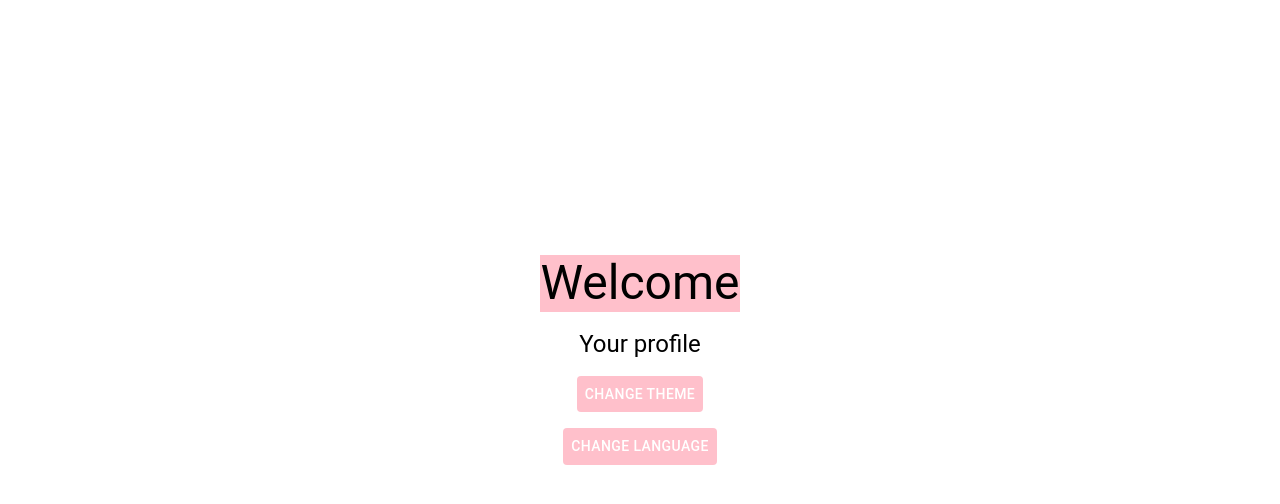
Repository: savannaaaas/contextLanguageTheme
Page: /
An editor plug-in stored every save of this project. The page is shown before and after the next save, followed by the edit.
The browser window is 1280 px wide. The pictures show the whole page.
The project was rebuilt for these pictures with package versions that can differ from the ones it lists, and the page was loaded fresh each time. Also part of the build but not shown: vite.config.js.

Above is the page before, as saved 2025-07-11 17:44:34.

### src/main.jsx
import { StrictMode } from "react";
import { createRoot } from "react-dom/client";
import App from "./App.jsx";
import { MasterProvider } from "./providers/MasterProvider.jsx";

createRoot(document.getElementById("root")).render(
  <StrictMode>
    <MasterProvider>
      <App />
    </MasterProvider>
  </StrictMode>
);

### src/App.jsx
import { useContext } from "react";
import { ThemeContext } from "./providers/ThemeContext";
import { ControlsPanel } from "./components/ControlsPanel";
import { Header } from "./components/Header";
import { UserProfile } from "./components/UserProfile";
import "./App.css";
export const translations = {
  en: {
    welcome: "Welcome",
    profile: "Your profile",
  },
  ru: {
    welcome: "Добро пожаловать",
    profile: "Твой профиль",
  },
};
function App() {
  const { theme } = useContext(ThemeContext);

  const themeStyle = {
    backgroundColor: theme === "light" ? "#fff" : "black",
    height: "100vh",
    display: "flex", // Flex-контейнер
    flexDirection: "column",
    justifyContent: "center",
    alignItems: "center",
    gap: "1em",
  };
  return (
    <div style={themeStyle}>
      <Header />
      <UserProfile />
      <ControlsPanel />
    </div>
  );
}

export default App;

### src/providers/MasterProvider.jsx
import ThemeProvider from "./ThemeContext";
import LanguageProvider from "./LanguageContext";

export const MasterProvider = ({ children }) => {
  return (
    <ThemeProvider>
      <LanguageProvider>{children}</LanguageProvider>
    </ThemeProvider>
  );
};

### src/providers/ThemeContext.jsx
import { createContext, useCallback, useState } from "react";
export const ThemeContext = createContext(null);
const ThemeProvider = ({ children }) => {
  const [theme, setTheme] = useState("light");
  const toggleTheme = useCallback(() => {
    setTheme((theme) => (theme === "light" ? "dark" : "light"));
  }, [setTheme]);
  return (
    <ThemeContext.Provider value={{ theme, setTheme, toggleTheme }}>
      {children}
    </ThemeContext.Provider>
  );
};
export default ThemeProvider;

### src/components/ControlsPanel.jsx
import { useContext } from "react";
import { ThemeContext } from "../providers/ThemeContext";
import { LanguageContext } from "../providers/LanguageContext";
import Button from "@mui/material/Button";
export const ControlsPanel = () => {
  const { toggleTheme } = useContext(ThemeContext);
  const { toggleLanguage } = useContext(LanguageContext);
  return (
    <>
      <Button
        onClick={toggleTheme}
        style={{ backgroundColor: "pink", color: "#fff" }}
      >
        Change theme
      </Button>
      <Button
        onClick={() => toggleLanguage()}
        style={{ backgroundColor: "pink", color: "#fff" }}
      >
        Change language
      </Button>
    </>
  );
};

### src/components/Header.jsx
import { Typography } from "@mui/material";
import { useContext } from "react";
import { ThemeContext } from "../providers/ThemeContext";
import { LanguageContext } from "../providers/LanguageContext";
import { translations } from "../App";
/*const translations = {
  en: {
    welcome: "Welcome",
    profile: "Your profile",
  },
  ru: {
    welcome: "Добро пожаловать",
    profile: "Твой профиль",
  },
}; */
export const Header = () => {
  const { theme } = useContext(ThemeContext);
  const { language } = useContext(LanguageContext);
  return (
    <Typography
      variant="h3"
      style={{
        color: theme === "light" ? "black" : "white",
        backgroundColor: theme === "light" ? "pink" : "red",
      }}
    >
      {translations[language].welcome}
    </Typography>
  );
};

### src/components/UserProfile.jsx
import { Typography } from "@mui/material";
import { translations } from "../App";
import { useContext } from "react";
import { LanguageContext } from "../providers/LanguageContext";
import { ThemeContext } from "../providers/ThemeContext";
export const UserProfile = () => {
  const { theme } = useContext(ThemeContext);
  const { language } = useContext(LanguageContext);
  return <Typography variant="h5">{translations[language].profile}</Typography>;
};

### src/App.css
html, body, #root {
 height: 100%;
  margin: 0;
  padding: 0;
  text-align: center;
}

### src/providers/LanguageContext.jsx
import { createContext, useState } from "react";
export const LanguageContext = createContext(null);

const LanguageProvider = ({ children }) => {
  const [language, setLanguage] = useState("en");
  const toggleLanguage = () => {
    setLanguage((language) => (language === "en" ? "ru" : "en"));
  };
  return (
    <LanguageContext.Provider value={{ language, setLanguage, toggleLanguage }}>
      {children}
    </LanguageContext.Provider>
  );
};
export default LanguageProvider;

Loaded but not shown: index.html (common file)

After the next save:
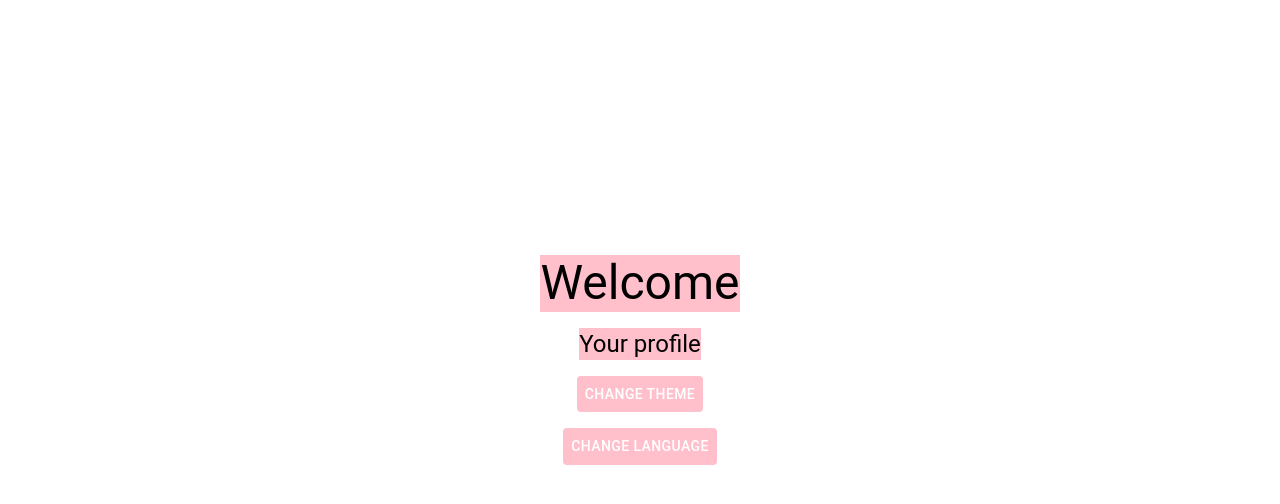
Saved 55 s later.
--- a/src/components/UserProfile.jsx
+++ b/src/components/UserProfile.jsx
@@ -6,5 +6,15 @@ import { ThemeContext } from "../providers/ThemeContext";
 export const UserProfile = () => {
   const { theme } = useContext(ThemeContext);
   const { language } = useContext(LanguageContext);
-  return <Typography variant="h5">{translations[language].profile}</Typography>;
+  return (
+    <Typography
+      variant="h5"
+      style={{
+        color: theme === "light" ? "black" : "white",
+        backgroundColor: theme === "light" ? "pink" : "red",
+      }}
+    >
+      {translations[language].profile}
+    </Typography>
+  );
 };
